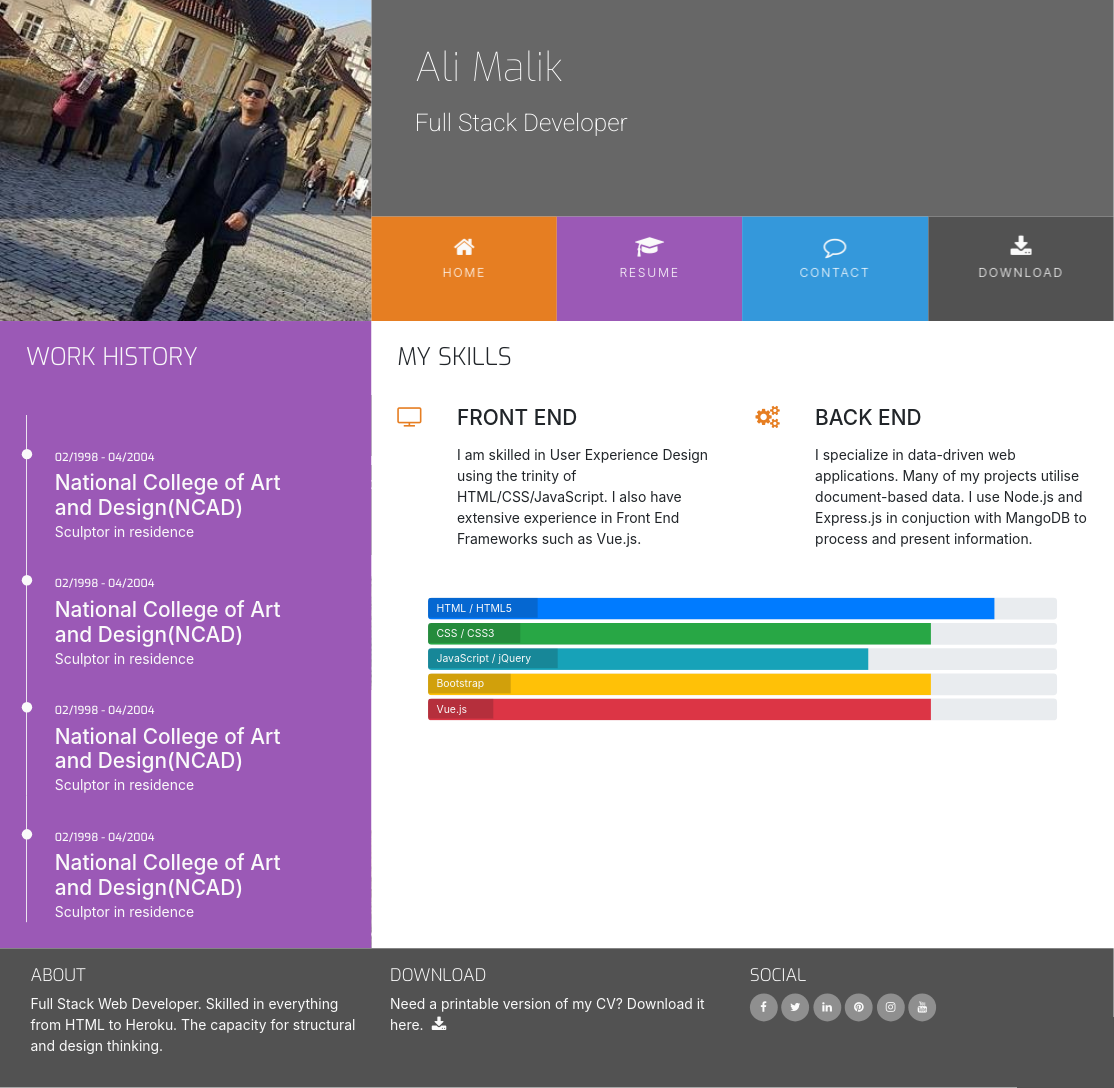
Repository: anmalik82/Padding-Top
Page: resume.html
The author's editor kept a record of every edit. The page is drawn from the files as they stood at one moment, then again after the next edit.
The browser window is 1280 px wide. The pictures show the whole page, at 87% of full size.
Some web libraries are served in a nearby version.

Above is the page before.

### resume.html
<!DOCTYPE html>
<html lang="en">
<head>
    <meta charset="UTF-8">
    <meta name="viewport" content="width=device-width, initial-scale=1.0">
    <meta http-equiv="X-UA-Compatible" content="ie=edge">
    <link rel="stylesheet" href="https://stackpath.bootstrapcdn.com/bootstrap/4.2.1/css/bootstrap.min.css" type="text/css" />
    <link rel="stylesheet" href="https://stackpath.bootstrapcdn.com/font-awesome/4.7.0/css/font-awesome.min.css" type="text/css" />
    <link rel="stylesheet" href="https://cdnjs.cloudflare.com/ajax/libs/hover.css/2.3.1/css/hover-min.css" type="text/css" />
    <link rel="stylesheet" href="assets/css/style.css" type="text/css" />
    <title>Ali</title>
</head>

<body>
    <header>
       <div class="row no-gutters">
           <a href="index.html" class="col-md-4 logo">

           </a>
           <div class="col-md-8">
               <div class="row no-gutters bg-color-name-title">
                   <div class="col heading">
                       <h1 class="name">Ali Malik</h1>
                       <h2 class="title">Full Stack Developer</h2>
                   </div>
               </div>
               <div class="row no-gutters">
                   <div class="col">
                       <ul id="nav" class="list-inline menucontainer">
                           <li class="col-6 col-sm-3 ui-menu-color-home list-inline-item menuitem">
                               <a href="#" class="hvr-sweep-to-bottom"><i class="fa fa-home" aria-hidden="true"></i><span>Home</span></a>
                           </li>
                           <li class="col-6 col-sm-3 ui-menu-color-resume list-inline-item menuitem">
                               <a href="#" class="hvr-sweep-to-bottom"><i class="fa fa-graduation-cap" aria-hidden="true"></i><span>Resume</span></a>
                           </li>
                           <li class="col-6 col-sm-3 ui-menu-color-contact list-inline-item menuitem">
                               <a href="#" class="hvr-sweep-to-bottom"><i class="fa fa-comment-o" aria-hidden="true"></i><span>Contact</span></a>
                           </li>
                           <li class="col-6 col-sm-3 ui-menu-color-download list-inline-item menuitem">
                               <a href="#" class="hvr-sweep-to-bottom"><i class="fa fa-download" aria-hidden="true"></i><span>Download</span></a>
                           </li>
                       </ul>
                   </div>
               </div>

           </div>
       </div>

    </header>

    <section class="container-fluid">
        <div class="row">
            <div class="col-md-4 bg-color-work-history section-column">
                <div class="row">
                    <div class="col-12">
                        <h3 class="history-heading uppercase">
                            Work History
                        </h3>
                    </div>
                </div>
                <div class="timeline-item" data-dates="02/1998 - 04/2004">
                    <h4>National College of Art and Design(NCAD)</h4>
                    <p>Sculptor in residence</p>
                </div>
                <div class="timeline-item" data-dates="02/1998 - 04/2004">
                    <h4>National College of Art and Design(NCAD)</h4>
                    <p>Sculptor in residence</p>
                </div>
                <div class="timeline-item" data-dates="02/1998 - 04/2004">
                    <h4>National College of Art and Design(NCAD)</h4>
                    <p>Sculptor in residence</p>
                </div>
                <div class="timeline-item" data-dates="02/1998 - 04/2004">
                    <h4>National College of Art and Design(NCAD)</h4>
                    <p>Sculptor in residence</p>
                </div>
            </div>
            <div class="col-md-8 bg-color-three-reasons section-column">
                <div class="row">
                    <div class="col">
                        <h3 class="section-heading uppercase">My Skills</h3>
                    </div>
                </div>
                <div class="row">
                    <div class="col-10 offset-1 offset-sm-0 col-sm-4 col-md-6">
                        <div class="row">
                            <div class="col-2">
                                <i class="three-reasons-icon fa fa-tv" aria-hidden="true"></i>
                            </div>
                            <div class="col-10">
                               <h4 class="three-reasons-heading uppercase">Front End</h4>
                               <p>
                                   I am skilled in User Experience Design using the trinity of HTML/CSS/JavaScript. I also have extensive experience in
                                   Front End Frameworks such as Vue.js.
                               </p>
                            </div>
                        </div>

                    </div>
                    <div class="col-10 offset-1 offset-sm-0 col-sm-4 col-md-6">
                        <div class="row">
                            <div class="col-2">
                                <i class="three-reasons-icon fa fa-gears" aria-hidden="true"></i>
                            </div>
                            <div class="col-10">
                               <h4 class="three-reasons-heading uppercase">Back End</h4>
                               <p>
                                  I specialize in data-driven web applications. Many of my projects utilise document-based data. I use Node.js and
                                  Express.js in conjuction with MangoDB to process and present information.
                               </p>
                            </div>
                        </div>

                    </div>
                </div>
                <div class="row progress-section">
                    <div class="col">
                        <div class="progress">
                            <div class="progress-bar" role="progressbar" aria-valuenow="90" aria-valuemin="0" aria-valuemax="100" style="width:90%;">
                                <span class="sr-only">90% complete</span>
                            </div>
                            <span class="progress-type">HTML / HTML5</span>
                        </div>
                        <div class="progress">
                            <div class="progress-bar bg-success" role="progressbar" aria-valuenow="80" aria-valuemin="0" aria-valuemax="100" style="width:80%;">
                                <span class="sr-only">80% complete</span>
                            </div>
                            <span class="progress-type">CSS / CSS3</span>
                        </div>
                        <div class="progress">
                            <div class="progress-bar bg-info" role="progressbar" aria-valuenow="70" aria-valuemin="0" aria-valuemax="100" style="width:70%;">
                                <span class="sr-only">70% complete</span>
                            </div>
                            <span class="progress-type">JavaScript / jQuery</span>
                        </div>
                        <div class="progress">
                            <div class="progress-bar bg-warning" role="progressbar" aria-valuenow="80" aria-valuemin="0" aria-valuemax="100" style="width:80%;">
                                <span class="sr-only">80% complete</span>
                            </div>
                            <span class="progress-type">Bootstrap</span>
                        </div>
                        <div class="progress">
                            <div class="progress-bar bg-danger" role="progressbar" aria-valuenow="80" aria-valuemin="0" aria-valuemax="100" style="width:80%;">
                                <span class="sr-only">80% complete</span>
                            </div>
                            <span class="progress-type">Vue.js</span>
                        </div>
                    </div>
                </div>
            </div>
        </div>

    </section>

    <footer class="container-fluid">
        <div id="footer-details" class="row">
            <div class="col-sm-4">
                <h5 class="uppercase general-sub">About</h5>
                <p class="inline-block">
                    Full Stack Web Developer. Skilled in everything from HTML to Heroku.
                    The capacity for structural and design thinking.
                </p>
            </div>
            <div class="col-sm-4">
                <h5 class="uppercase general-sub">Download</h5>
                <p class="inline-block">
                  Need a printable version of my CV? Download it here.
                  <a href="#" target="_blank" class="cv-pdf">
                      <i class="fa fa-download" aria-hidden="true"></i>
                      <span class="sr-only">Download link</span>
                  </a>
                </p>
            </div>
            <div class="col-sm-4">
                <h5 class="uppercase general-sub">Social</h5>
                <ul class="list-inline social-links">
                    <li class="list-inline-item">
                        <a target="_blank" href="#">
                            <i class="fa fa-facebook" aria-hidden="true"></i>
                            <span class="sr-only">Facebook</span>
                        </a>
                    </li>
                    <li class="list-inline-item">
                        <a target="_blank" href="#">
                            <i class="fa fa-twitter" aria-hidden="true"></i>
                            <span class="sr-only">Twitter</span>
                        </a>
                    </li>
                    <li class="list-inline-item">
                        <a target="_blank" href="#">
                            <i class="fa fa-linkedin" aria-hidden="true"></i>
                            <span class="sr-only">Linkedin</span>
                        </a>
                    </li>
                    <li class="list-inline-item">
                        <a target="_blank" href="#">
                            <i class="fa fa-pinterest" aria-hidden="true"></i>
                            <span class="sr-only">Pinterest</span>
                        </a>
                    </li>
                    <li class="list-inline-item">
                        <a target="_blank" href="#">
                            <i class="fa fa-instagram" aria-hidden="true"></i>
                            <span class="sr-only">Instagram</span>
                        </a>
                    </li>
                    <li class="list-inline-item">
                        <a target="_blank" href="#">
                            <i class="fa fa-youtube" aria-hidden="true"></i>
                            <span class="sr-only">Youtube</span>
                        </a>
                    </li>
                </ul>
            </div>
        </div>

    </footer>

</body>

</html>

### assets/css/style.css
@import url('https://fonts.googleapis.com/css?family=Roboto:100,200,300,400,500,600,700|Exo:100,200,300,400,500,600,700');

/*----------------------------------Colours*/

.bg-color-name-title {
    background-color: #676767;
}

.bg-color-three-reasons {
    background-color: #fff;
}

.bg-color-personal-info {
    background-color: #f4f4f4;
}

.bg-color-work-history {
    background-color: #9b59b6;
}

.ui-menu-color-home {
    background-color: #e67e22;
}

.ui-menu-color-resume {
    background-color: #9b59b6;
}

.ui-menu-color-contact {
    background-color: #3498db;
}

.ui-menu-color-download {
    background-color: #525252;
}

/*----------------------------------Special paddings/margins/text*/

h1,
h2,
h3,
h4 {
    margin: 0;
}

.uppercase {
    text-transform: uppercase;
}

.general-sub {
    font-family: "Exo", sans-serif;
    font-weight: 300;
    color: #fafafa;
}

.inline-block {
    display: inline-block;
}

.row-table {
    display:table;
}

.section-column {
    display: table-cell;
    padding: 0 30px 30px;
    float: none;
}


.history-heading,
.section-heading {
    font-family:"Exo", sans-serif;
    font-weight: 300;
    margin-top: 25px;
    margin-bottom: 40px;
}

/*----------------------------------Heading*/

header {
    margin: 0;
}

.heading {
    margin-left: 50px;
}


.logo {
    background: url("../images/ali.jpg");
    background-position: center;
    background-repeat: no-repeat;
    background-size: cover;
    min-height: 360px;
    transition: all .5s ease-in-out;
    -moz-transition: all .5s ease-in-out;
    -webkit-transition: all .5s ease-in-out;

}

.name {
    font-family: "Exo", sans-serif;
    font-weight: 100;
    font-size: 46px;
    margin-top: 50px;
    color: #fff;
}

.title {
    font-family: "Roboto", sans-serif;
    font-weight: 200;
    font-size: 28px;
    margin-top: 20px;
    margin-bottom: 90px;
    color: #fff;
}


.list-inline-item:not(:last-child) {
    margin: 0;
}

.menucontainer {
    font-size: 0;
}

#nav {
    margin: 0;
}

#nav li {
    font-size: 14px;
    padding: 0;
}

.menuitem {
    height: 120px;
    text-align: center;
    padding: 0;
}

.menuitem a {
    width: 100%;
    text-decoration: none;
    color: #fff;
    height: 120px;
}

.menuitem a i {
    padding-top: 22px;
    display: block;
    color: #fafafa;
    font-size: 26px;
}

.menuitem span {
    display: block;
    width: 100%;
    padding-top: 5px;
    text-align: center;
    text-transform: uppercase;
    font-size: 14px;
    font-weight: 300;
    letter-spacing: 2px;
}

/*----------------------------------Hover.css*/

.hvr-sweep-to-bottom:before {
    background: rgba(0, 0, 0, 0.2);
    height: 120px;

}

/*----------------------------------Footer*/

footer {
    background-color: #525252;
    color: #fafafa;
    min-height: 120px;
    margin: 0;
}


.cv-pdf i {
    font-size: 18px;
    color: #fafafa;
    text-align: center;
    padding-left: 5px;
    transition: all 0.35s ease-in-out;
    -moz-transition: all 0.35s ease-in-out;
    -webkit-transition: all 0.35s ease-in-out;
    -o-transition: all 0.35s ease-in-out;

}

.cv-pdf i:hover {
    color: #e84610;
}

.social-links {
    padding-bottom: 15px;
}

.social-links li a i {
    width: 32px;
    height: 32px;
    padding: 12px 0;
    border-radius: 50%;
    font-size: 13px;
    line-height: 7px;
    text-align: center;
    color: #fafafa;
    background: #8f8f8f;
    transition: all 0.35s ease-in-out;
    -moz-transition: all 0.35s ease-in-out;
    -webkit-transition: all 0.35s ease-in-out;
    -o-transition: all 0.35s ease-in-out;
}

.social-links li a i:hover {
    background: #e84610;
}

#footer-details {
    padding: 20px;
}



/*----------------------------------Three Reasons*/

.three-reasons-icon {
    font-size: 26px;
    color: #e67e22;
}

.three-reasons-heading {
    margin-bottom: 15px;
}


/*----------------------------------Personal Info*/

.personal-info-item {
    margin-bottom: 20px;
    display: block;
    clear: both;
}

.personal-info-item .key,
.personal-info-item .value {
    padding-right: 8px;
    display: inline-block;
}

.personal-info-item .key p,
.personal-info-item .value p {
    margin: 0;
}

.personal-info-item .key {
    width: 30%;
    margin-right: 21px;
    padding-top: 2px;
    vertical-align: top;
}

.personal-info-item .key p {
    font-weight: 700;
}

.personal-info-item .value {
    position: relative;
    width: 60%;
}

/*----------------------------------Skills*/

.progress {
    position: relative;
    height: 25px;
    margin-bottom: 4px;
}

.progress-type {
    position: absolute;
    left: 0px;
    font-weight: 400;
    padding: 3px 30px 2px 10px;
    color: #fafafa;
    background-color: rgba(25, 25, 25, 0.2);
}

.progress-section {
    margin: 40px 20px;
}

/*----------------------------------Work History*/

.history-heading {
    color: #fafafa;
    margin-bottom: 50px;
}

.timeline-item {
    padding: 4em 2em 0em 2em;
    position: relative;
    color: #fafafa;
    border-left: 1px solid;
}


.timeline-item p {
    padding: 0;
    margin: 0;
}

.timeline-item:before {
    content: attr(data-dates);
    position: absolute;
    left: 2.5em;
    top: 3em;
    display: block;
    font-family: "Exo", sans-serif;
    font-weight: 500;
    font-size: 0.8em;
    padding: 0;
    margin: 0;
}

.timeline-item:after {
    width: 12px;
    height: 12px;
    display: block;
    top: 2.4em;
    position: absolute;
    left: -6px;
    border-radius: 12px;
    content: '';
    background: #fafafa;

}

.history-items {
    margin-bottom: 30px;
}

After the next edit:
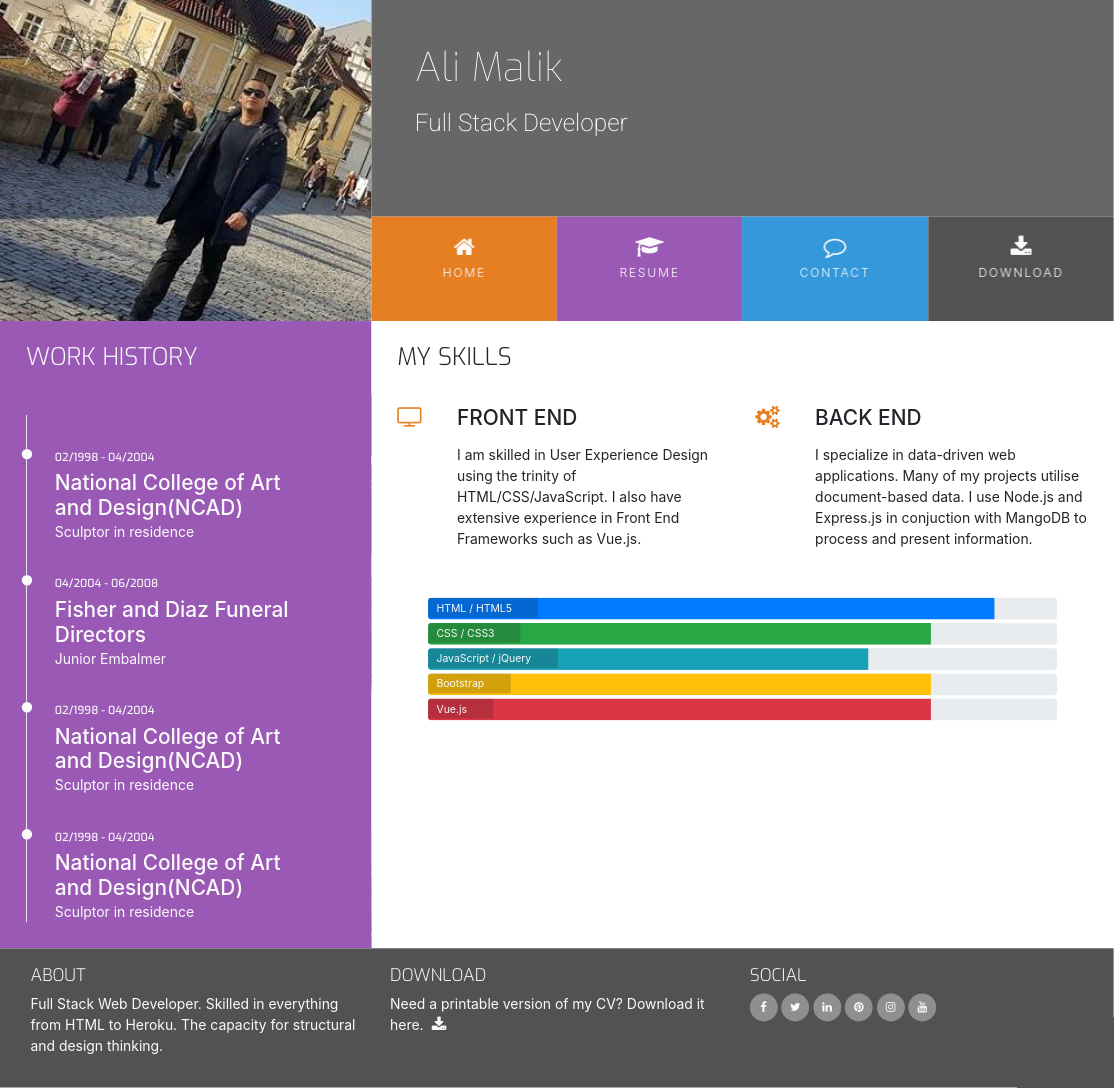
The edit:
--- a/resume.html
+++ b/resume.html
@@ -62,9 +62,9 @@
                     <h4>National College of Art and Design(NCAD)</h4>
                     <p>Sculptor in residence</p>
                 </div>
-                <div class="timeline-item" data-dates="02/1998 - 04/2004">
-                    <h4>National College of Art and Design(NCAD)</h4>
-                    <p>Sculptor in residence</p>
+                <div class="timeline-item" data-dates="04/2004 - 06/2008">
+                    <h4>Fisher and Diaz Funeral Directors</h4>
+                    <p>Junior Embalmer</p>
                 </div>
                 <div class="timeline-item" data-dates="02/1998 - 04/2004">
                     <h4>National College of Art and Design(NCAD)</h4>
